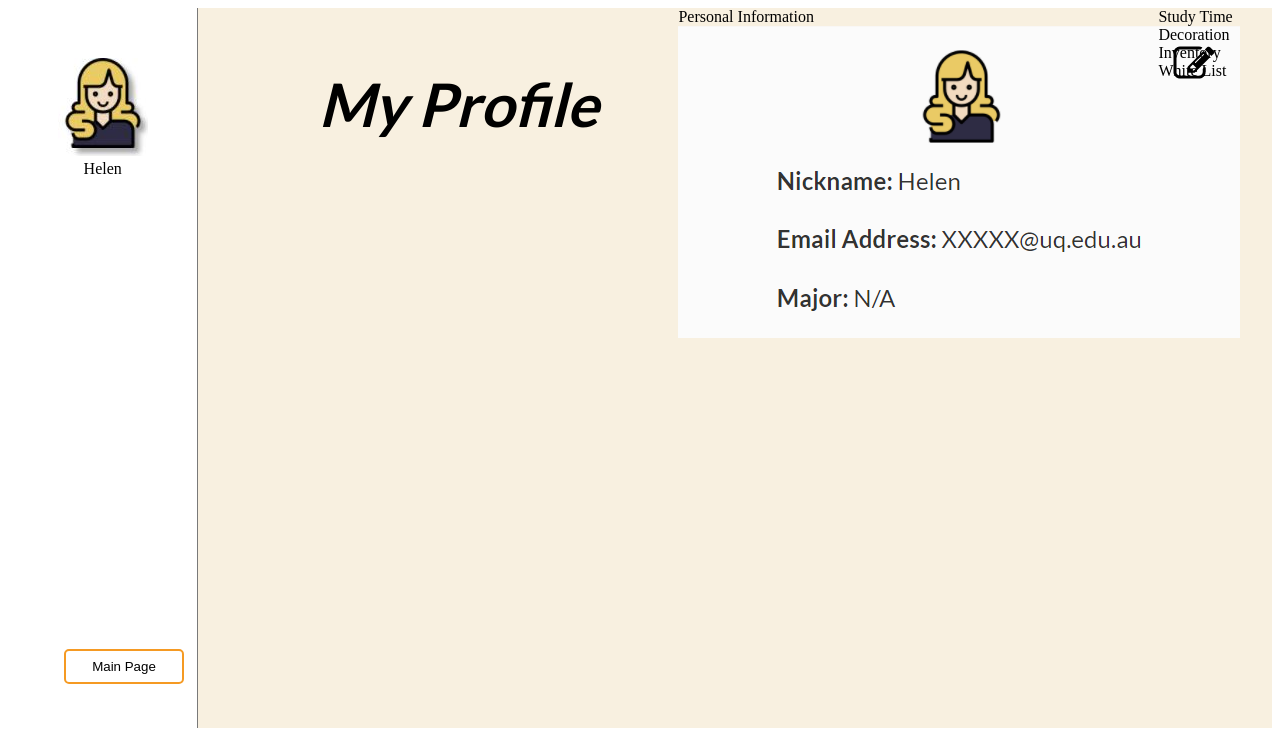
Repository: Team-Extrememe/Online-Study-Room
Page: profile.html
These files come from the project's save history. The page is drawn as it stood at one moment and after the next save; the edit follows.
The browser window is 1280 px wide. The pictures show the whole page.

Above is the page before, as saved 2021-10-17 15:11:48.

### profile.html
<!DOCTYPE html>
<html lang="en">
<head>
    <meta charset="UTF-8">
    <meta http-equiv="X-UA-Compatible" content="IE=edge">
    <meta name="viewport" content="width=device-width, initial-scale=1.0">
    <link rel="stylesheet" href="css/profile.css">
    <link rel="preconnect" href="https://fonts.googleapis.com">
    <link rel="preconnect" href="https://fonts.gstatic.com" crossorigin>
    <link href="https://fonts.googleapis.com/css2?family=Lato:wght@300;700&display=swap" rel="stylesheet">
    <title>My Profile</title>
</head>
<body>
    <div class="flex_container">
        <div class="flex_left">
            <div class="group">
                <img src="Images/profile_icon.JPG" alt="profile_icon">
                <span class="user_name">Helen</span>
            </div>
            <button class="main_button">Main Page</button>
        </div>
        <div class="flex_right">
            <span class="profile_header">My Profile</span>
            <div class="personal_information">
                <span>Personal Information</span>
                <img src="Images/information.png" alt="personal_information_table">
            </div>
            <div class="study_time">
                <span>Study Time</span>
            </div>
            <div class="decoration_inventory">
                <span>Decoration Inventory</span>
            </div>
            <div class="white_list">
                <span>White List</span>
            </div>
        </div>
    </div>

</body>
</html>

### css/profile.css
.flex_container{
    display: flex;
    flex-direction: row;
}

.flex_left{
    width: 15%;
    height: 100vh;
    border-right: 1px solid rgb(121,121,121);
    text-align: center;
}

.flex_right{
    width: 85%;
    height: 100vh;
    background-color: #f8f0e0;
}

.group{
    vertical-align: top;
    display: inline-block;
    text-align: center;
    width: 120px;
    margin: 0 auto;
    margin-top: 50px;
}

.user_name{
    display: block;
}

.main_button{
    position: absolute;
    bottom: 5%;
    left: 5%;
    width: 120px;
    height: 35px;
    background-color: white;
    border: 2px solid #f59a23;
    border-radius: 5px;
    cursor: pointer;
}

.main_button:hover{
    background-color: #f59a23;
}

.main_button:active{
    background-color: transparent;
}

.profile_header{
    width: 6em;
    float: left;
    font-size: 60px;
    font-weight: bold;
    font-style: italic;
    font-family: 'Lato', sans-serif;
    padding-left: 2em;
    padding-top: 1em;
}

.personal_information{
    float: left;
    width: 30em;
    height: 16em;
}

.study_time{
    float: left;
    width: 6em;

}

.decoration_inventory{
    float: left;
    width: 6em;

}

.white_list{
    float: left;
    width: 6em;

}

After the next save:
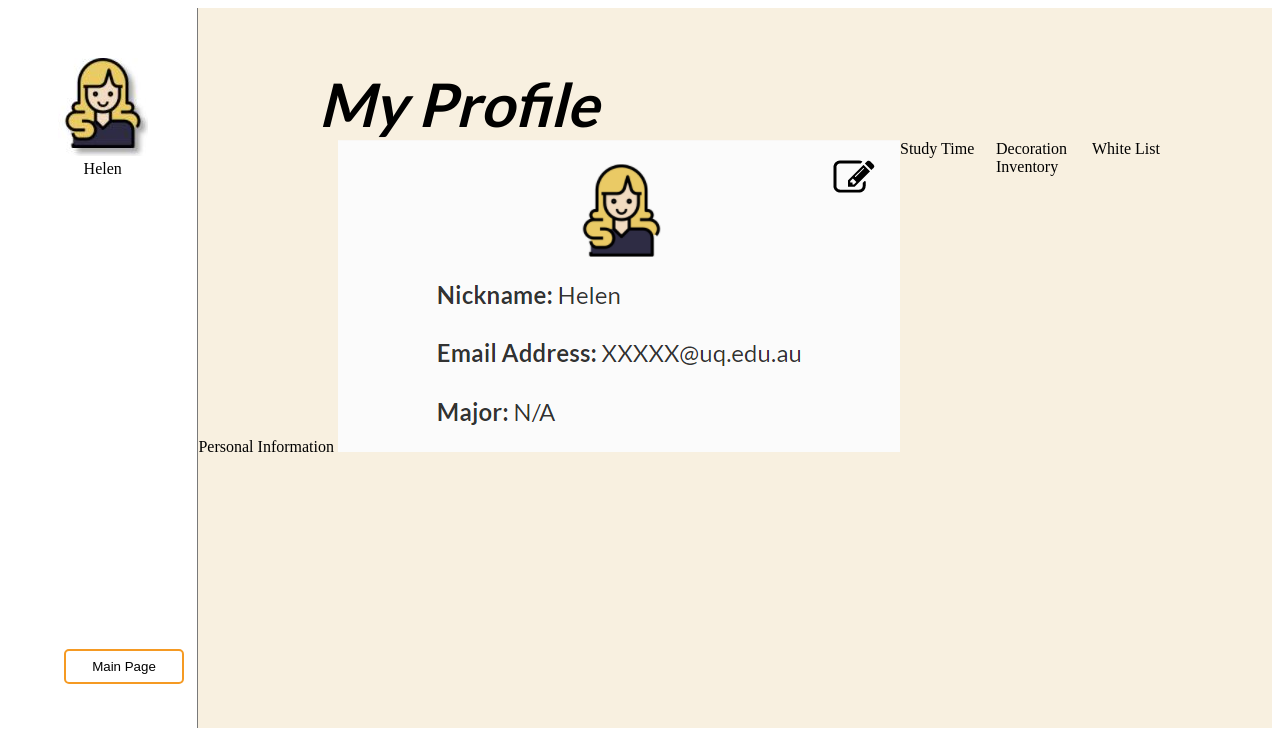
Saved 91 s later.
--- a/css/profile.css
+++ b/css/profile.css
@@ -62,8 +62,7 @@
 
 .personal_information{
     float: left;
-    width: 30em;
-    height: 16em;
+
 }
 
 .study_time{
